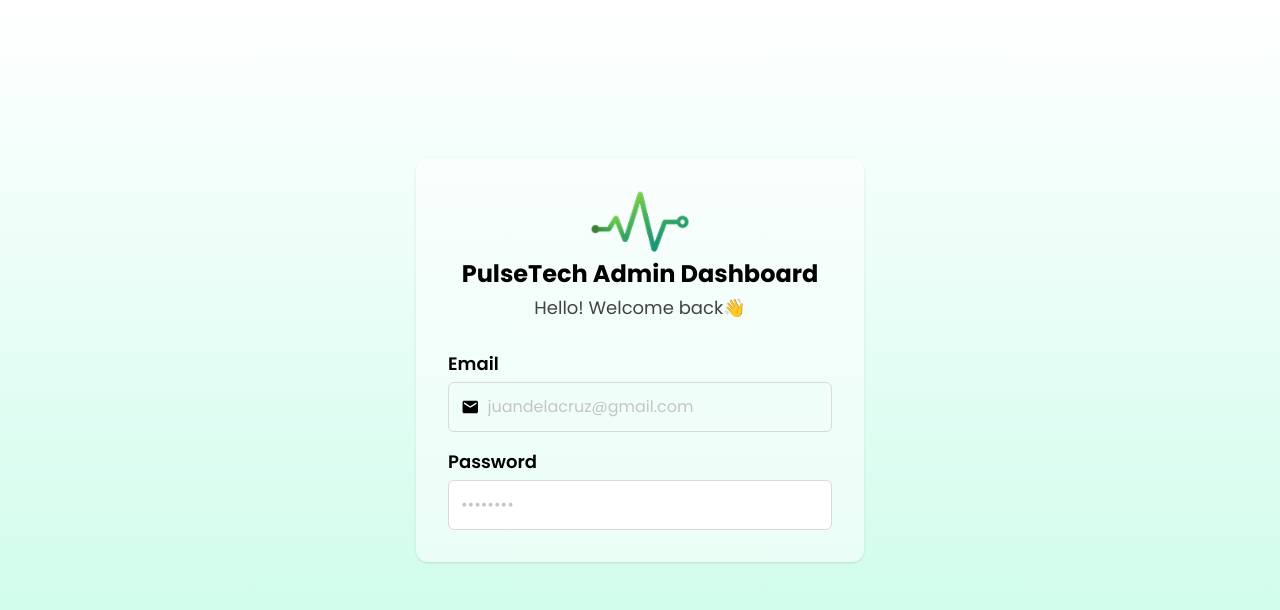
Repository: ShyrineJardin/pulse_admin
Page: /
An editor plug-in stored every save of this project. The page is shown before and after the next save, followed by the edit.
The browser window is 1280 px wide. The pictures show the whole page.
The project was rebuilt for these pictures with package versions that can differ from the ones it lists, and the page was loaded fresh each time.

Above is the page before, as saved 2026-03-25 11:13:46.

### src/index.css
@import url('https://fonts.googleapis.com/css2?family=Inter:ital,opsz,wght@0,14..32,100..900;1,14..32,100..900&family=Poppins:ital,wght@0,100;0,200;0,300;0,400;0,500;0,600;0,700;0,800;0,900;1,100;1,200;1,300;1,400;1,500;1,600;1,700;1,800;1,900&display=swap');

@tailwind base;
@tailwind components;
@tailwind utilities;

*{
    margin: 0;
    padding: 0;
    box-sizing: border-box;
}

body {
    font-family: poppins, sans-serif;
}

### src/App.js
import Login from "./components/Login";

function App() {
  return (
    <div className="App">
      <Login />
    </div>
  );
}

export default App;

### src/components/Login.jsx
import React from "react";
import { MdEmail } from "react-icons/md";

const Login = () => {
  return (
   <div className="flex items-center justify-center h-screen bg-gradient-to-b from-white to-[#C9FCE9]">
        <div className="w-full max-w-sm md:max-w-md p-8 space-y-6 bg-white/50 rounded-xl shadow">
            <div className="flex flex-col text-center gap-1">
                <img src="/logo.png" alt="pulse logo" className="lg:h-16 h-14 mx-auto" />
                <h2 className="font-bold text-xl lg:text-2xl">PulseTech Admin Dashboard</h2>
                <p className="text-subtext text-base lg:text-lg">Hello! Welcome back👋</p>

                <form action="">
                    <div className="flex flex-col gap-4 mt-6">
                        <div className="flex flex-col gap-1">
                            <h3 className="text-left font-semibold text-lg">Email</h3>
                            <div className="flex items-center gap-2 bg-#F6F6F6 p-3 border border-[#D9D9D9] rounded-md focus-within:ring-2 focus-within:ring-primary">
                                <MdEmail className="h-5 w-5" />
                                <input type="email" placeholder="juandelacruz@gmail.com" className=" placeholder:text-[#C5C5C5] bg-transparent outline-none w-full" />
                            </div>
                        </div>
                        <div className="flex flex-col gap-1">
                            <h3 className="text-left font-semibold text-lg">Password</h3>
                            <input type="password" placeholder="••••••••" className="bg-#F6F6F6 p-3 placeholder:text-[#C5C5C5] border border-[#D9D9D9] rounded-md focus:outline-none focus:ring-2 focus:ring-primary" />
                        </div>
                    </div>
                </form>
            </div>

        </div>
    </div>
  );
}

export default Login;

### tailwind.config.js
/** @type {import('tailwindcss').Config} */
module.exports = {
  content: [
    "./src/**/*.{js,jsx,ts,tsx}",
  ],
  theme: {
    extend: {
        colors: {
          'subtext': '#434245',
          'primary': '#75EEA5',
        },
    }
  },
  plugins: [],
}

Loaded but not shown: public/index.html (common file); src/index.js (common file); src/reportWebVitals.js (common file)

After the next save:
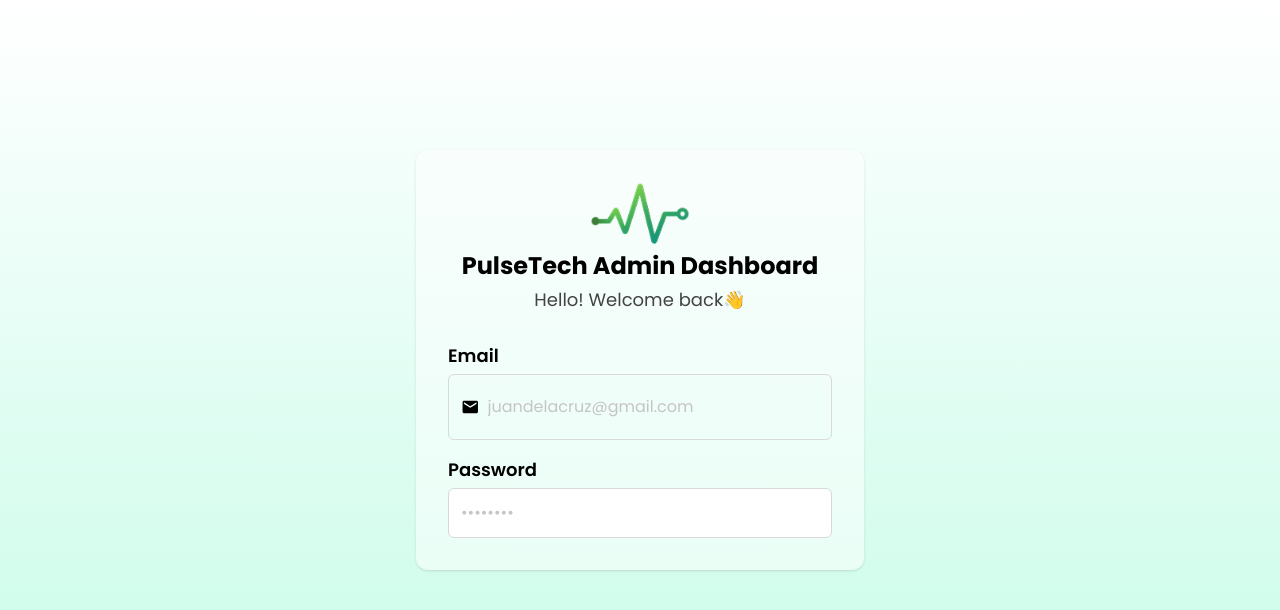
Saved 6 s later.
--- a/src/components/Login.jsx
+++ b/src/components/Login.jsx
@@ -15,7 +15,7 @@ const Login = () => {
                         <div className="flex flex-col gap-1">
                             <h3 className="text-left font-semibold text-lg">Email</h3>
                             <div className="flex items-center gap-2 bg-#F6F6F6 p-3 border border-[#D9D9D9] rounded-md focus-within:ring-2 focus-within:ring-primary">
-                                <MdEmail className="h-5 w-5" />
+                                <MdEmail className="h-10 w-5" />
                                 <input type="email" placeholder="juandelacruz@gmail.com" className=" placeholder:text-[#C5C5C5] bg-transparent outline-none w-full" />
                             </div>
                         </div>
